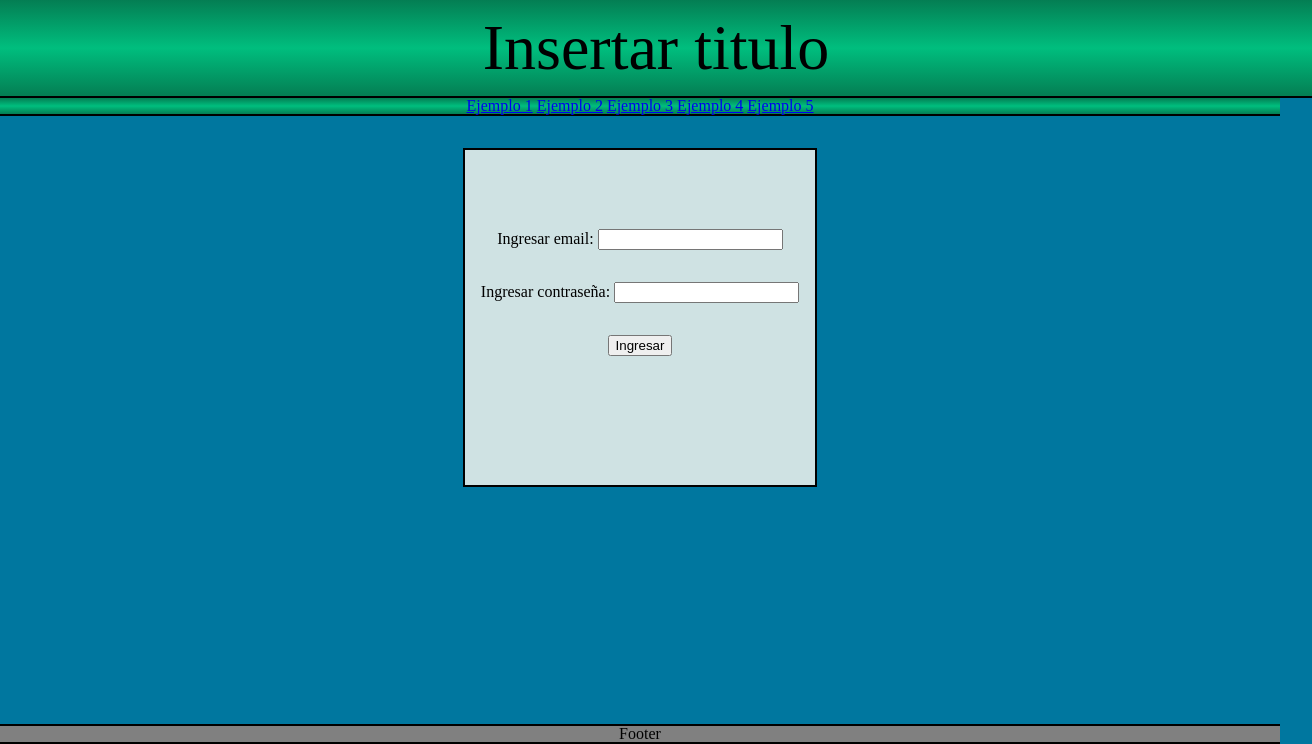
Repository: FacundoKinderknecht/Parcial-2-LPPA
Page: login/login.html
These files come from the project's save history. The page is drawn as it stood at one moment and after the next save; the edit follows.
The browser window is 1280 px wide. The page is 1312 px wide, so the pictures cover 1312 px, including what lies to the right of the window. The pictures show the whole page.

Above is the page before, as saved 2022-07-06 10:35:35.

After the next save:
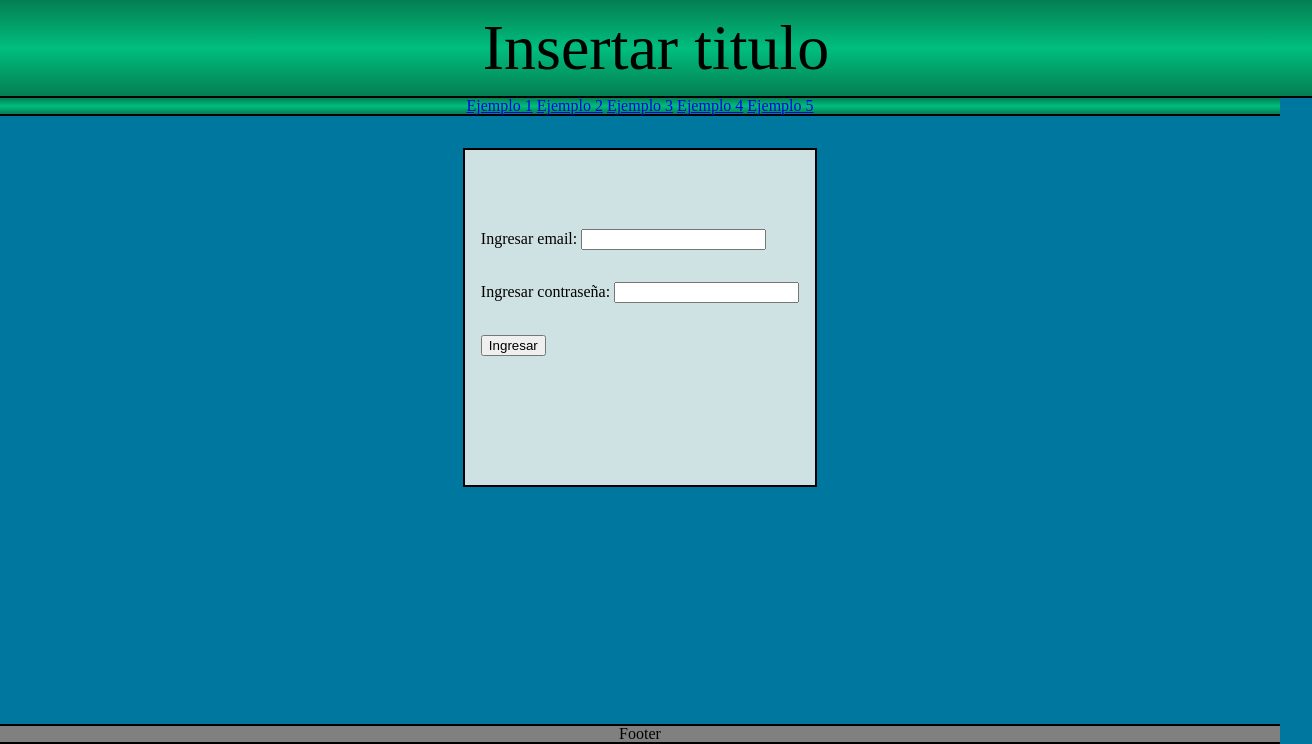
Saved 10 s later.
--- a/login/login.css
+++ b/login/login.css
@@ -38,7 +38,8 @@ form{
     text-align: center;
 }
 div{
-    align-items:center;
+    text-align: left;
+    align-items:left;
     padding: 1rem;
 }
 footer{
